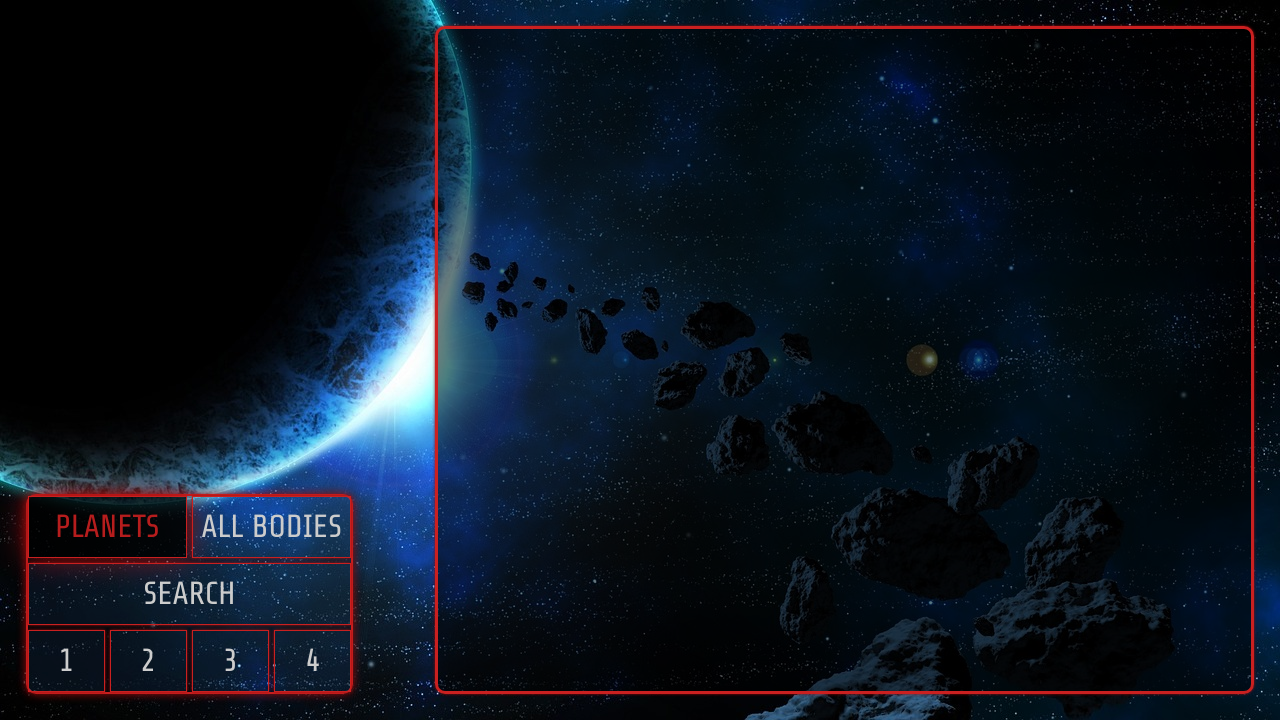
Repository: Przemek-Szadkowski/space-bodies
Page: /
The author's editor kept a copy of each file at every save. The page is drawn from the files as they stood at one save, then again after the next save.
The browser window is 1280 px wide. The pictures show the whole page.
The pointer rests on the first visible `.dashboard__btn`.
The page's requests for data from a server got no answer. The project was rebuilt for these pictures with package versions that can differ from the ones it lists, and the page was loaded fresh each time. No one was signed in, and anything a server would have sent is missing. Also part of the build but not shown: src/components/BodieRecord.js.

Above is the page before, as saved 2021-11-26 21:13:41.

After the next save:
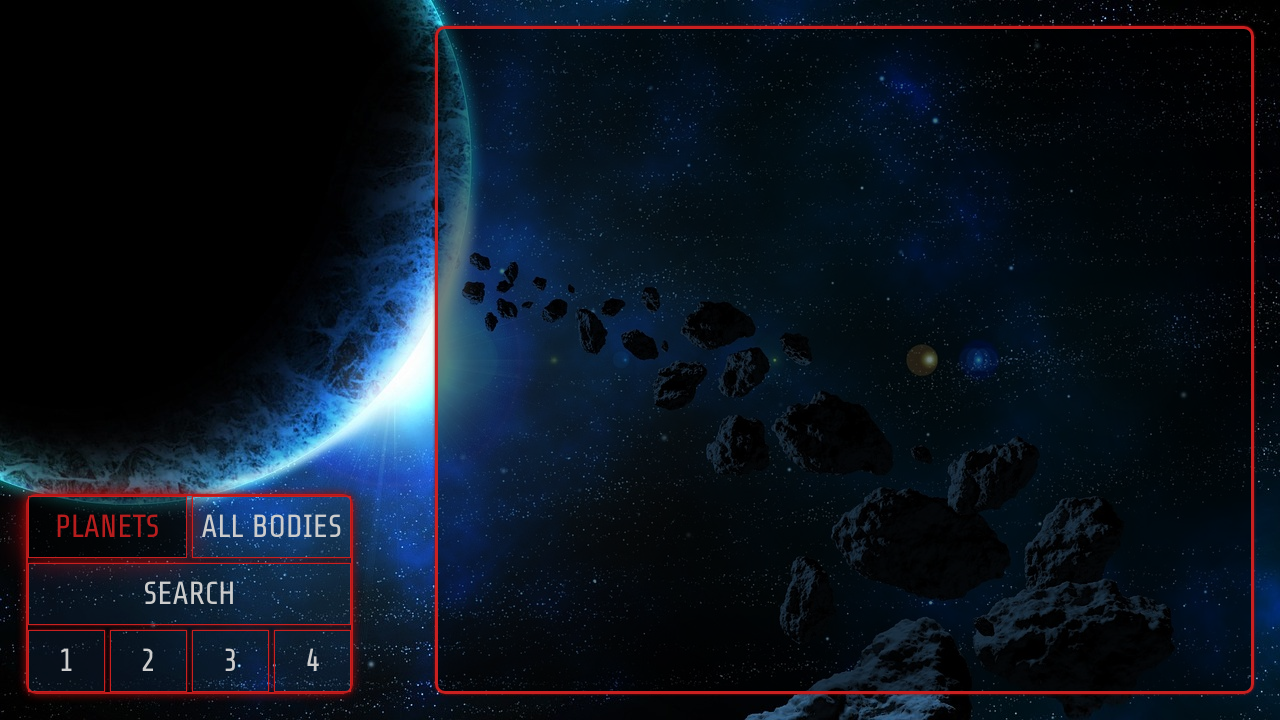
Saved 9 s later.
--- a/src/index.css
+++ b/src/index.css
@@ -64,7 +64,7 @@ main {
   cursor: pointer;
   box-shadow: 0 0 30px rgb(155, 11, 11);
   color: rgba(202, 32, 32, 0.9);
-  background-color: rgba(0, 0, 0, 0.8);
+  background-color: rgba(0, 0, 0, 0.6);
 }
 
 .dashboard__btn__main:nth-child(1) {
